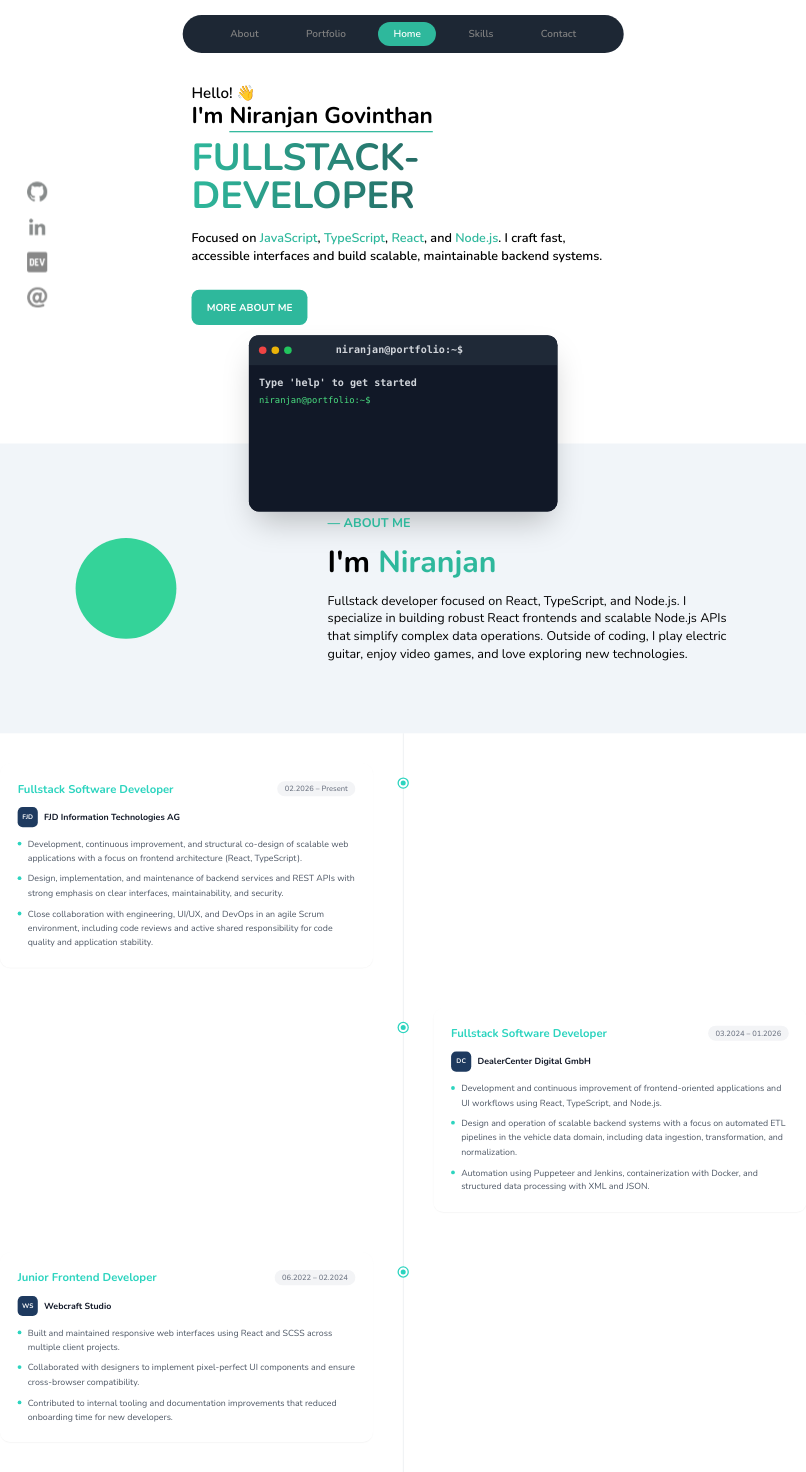
Repository: Niranjan-webdev/My-portfolio
Page: /
The author's editor kept a copy of each file at every save. The page is drawn from the files as they stood at one save, then again after the next save.
The browser window is 1280 px wide. The pictures show the whole page, at 63% of full size.
The project was rebuilt for these pictures with package versions that can differ from the ones it lists, and the page was loaded fresh each time. Also part of the build but not shown: next.config.mjs.

Above is the page before, as saved 2026-03-21 10:54:19.

After the next save:
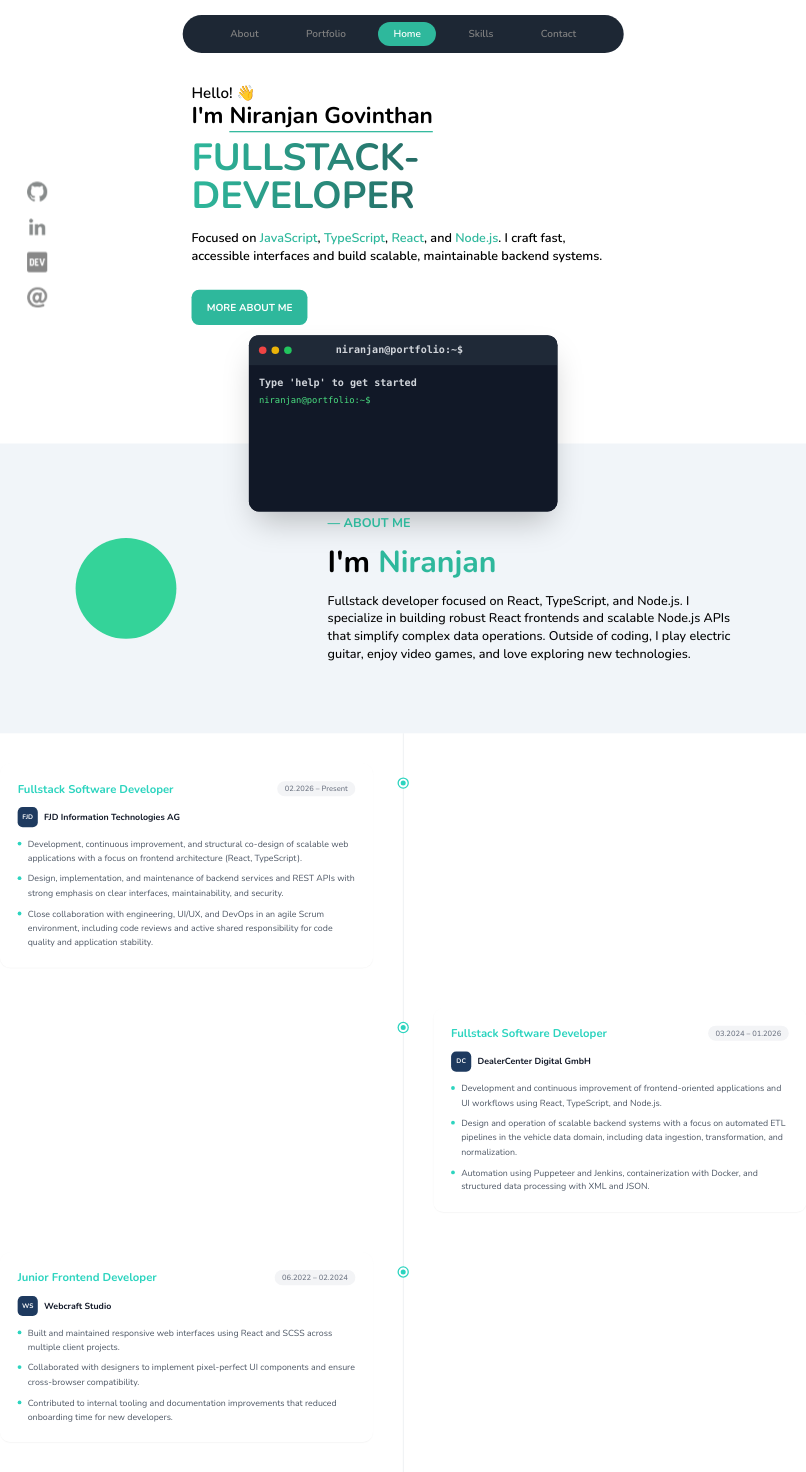
Saved 11 s later.
--- a/src/components/MainContainer.js
+++ b/src/components/MainContainer.js
@@ -43,7 +43,7 @@ function MainContainer() {
                     <div className='about__content w-1/2'>
                         <h4 className='text-xl font-bold text-[#2eb89c] mb-6'>— ABOUT ME</h4>
                         <h2 className='text-5xl text-[#2eb89c] mb-6 font-bold'><span className='text-black'>I'm</span> Niranjan</h2>
-                        <p className='text-xl'>Fullstack developer focused on React, TypeScript, and Node.js. I specialize in building robust React frontends and scalable Node.js APIs that simplify complex data operations. Outside of coding, I play electric guitar, enjoy video games, and love exploring new technologies.</p>
+                        <p className='text-xl font-[500]'>Fullstack developer focused on React, TypeScript, and Node.js. I specialize in building robust React frontends and scalable Node.js APIs that simplify complex data operations. Outside of coding, I play electric guitar, enjoy video games, and love exploring new technologies.</p>
                     </div>
                 </div>
 
